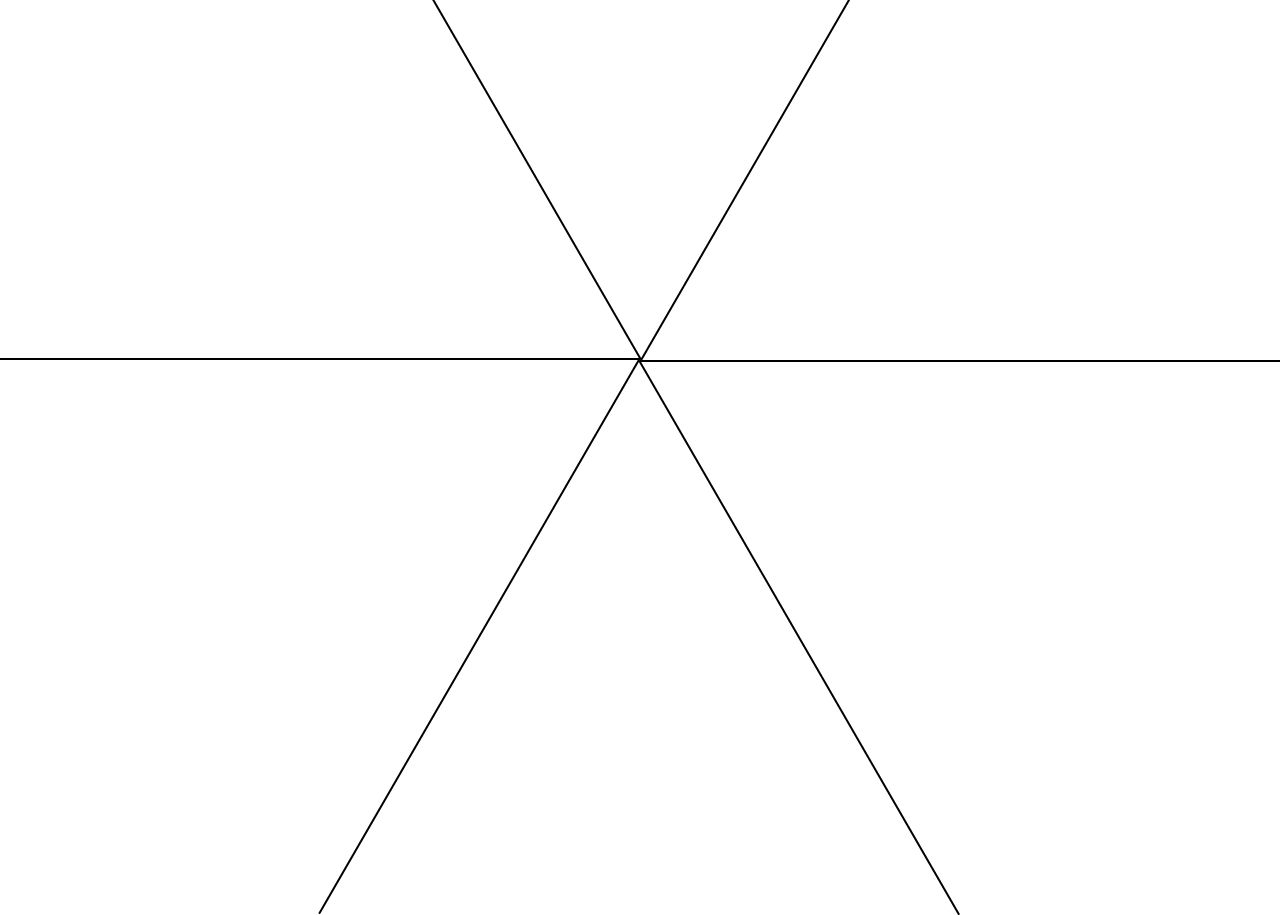
Repository: Lungdjos/ferris_wheel
Page: index.html
The author's editor kept a copy of each file at every save. The page is drawn from the files as they stood at one save, then again after the next save.
The browser window is 1280 px wide. The pictures show the whole page.

Above is the page before, as saved 2024-01-11 08:55:07.

After the next save:
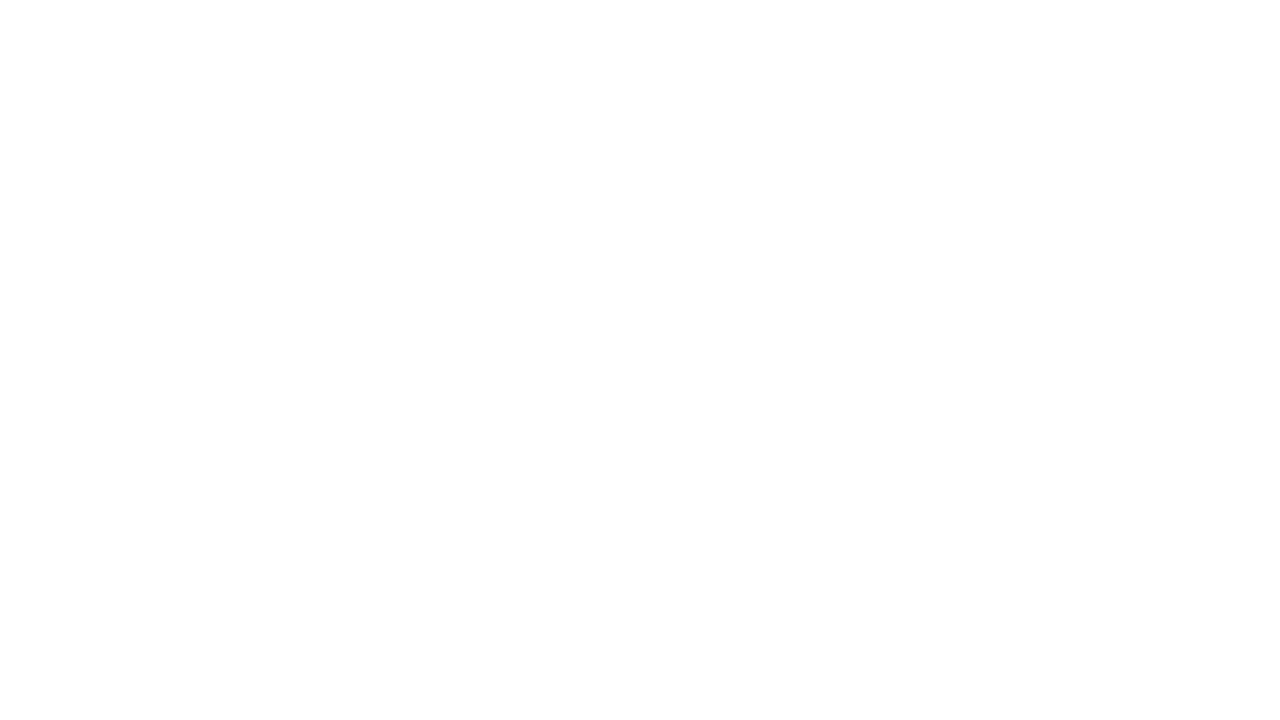
Saved 7 s later.
--- a/styles.css
+++ b/styles.css
@@ -1,17 +1,17 @@
-gfs .wheel {
-    border: 2px solid black;
-    border-radius: 50%;
-    margin-left: 50px;
-    position: absolute;
-    height: 55vw;
-    width: 55vw;
-    max-width: 500px;
-    max-height: 500px;
+/* gfs .wheel { */
+
+border: 2px solid black;
+border-radius: 50%;
+margin-left: 50px;
+position: absolute;
+height: 55vw;
+width: 55vw;
+max-width: 500px;
+max-height: 500px;
+
 }
 
-
 /* styling for the line */
-
 .line {
     background-color: black;
     height: 2px;
@@ -21,23 +21,18 @@
     position: absolute;
     transform-origin: 0% 0%;
 }
-
 .line:nth-of-type(2) {
     transform: rotate(60deg);
 }
-
 .line:nth-of-type(3) {
     transform: rotate(120deg);
 }
-
 .line:nth-of-type(4) {
     transform: rotate(180deg);
 }
-
 .line:nth-of-type(5) {
     transform: rotate(240deg);
 }
-
 .line:nth-of-type(6) {
     transform: rotate(-60deg);
 }

After the save that followed:
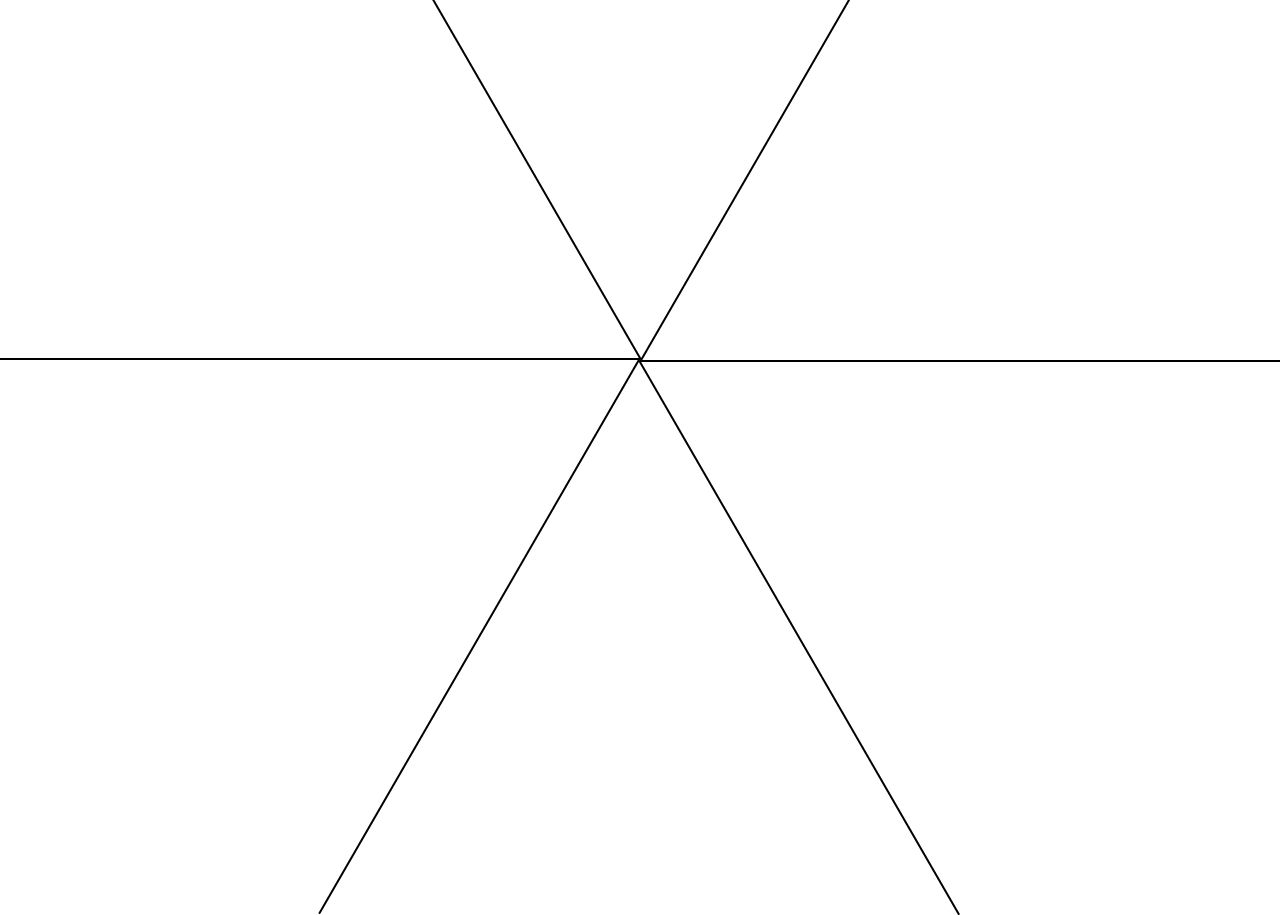
Saved 4 s later.
--- a/styles.css
+++ b/styles.css
@@ -1,17 +1,17 @@
-/* gfs .wheel { */
-
-border: 2px solid black;
-border-radius: 50%;
-margin-left: 50px;
-position: absolute;
-height: 55vw;
-width: 55vw;
-max-width: 500px;
-max-height: 500px;
-
+gfs .wheel {
+    border: 2px solid black;
+    border-radius: 50%;
+    margin-left: 50px;
+    position: absolute;
+    height: 55vw;
+    width: 55vw;
+    max-width: 500px;
+    max-height: 500px;
 }
 
+
 /* styling for the line */
+
 .line {
     background-color: black;
     height: 2px;
@@ -21,18 +21,23 @@
     position: absolute;
     transform-origin: 0% 0%;
 }
+
 .line:nth-of-type(2) {
     transform: rotate(60deg);
 }
+
 .line:nth-of-type(3) {
     transform: rotate(120deg);
 }
+
 .line:nth-of-type(4) {
     transform: rotate(180deg);
 }
+
 .line:nth-of-type(5) {
     transform: rotate(240deg);
 }
+
 .line:nth-of-type(6) {
     transform: rotate(-60deg);
 }
